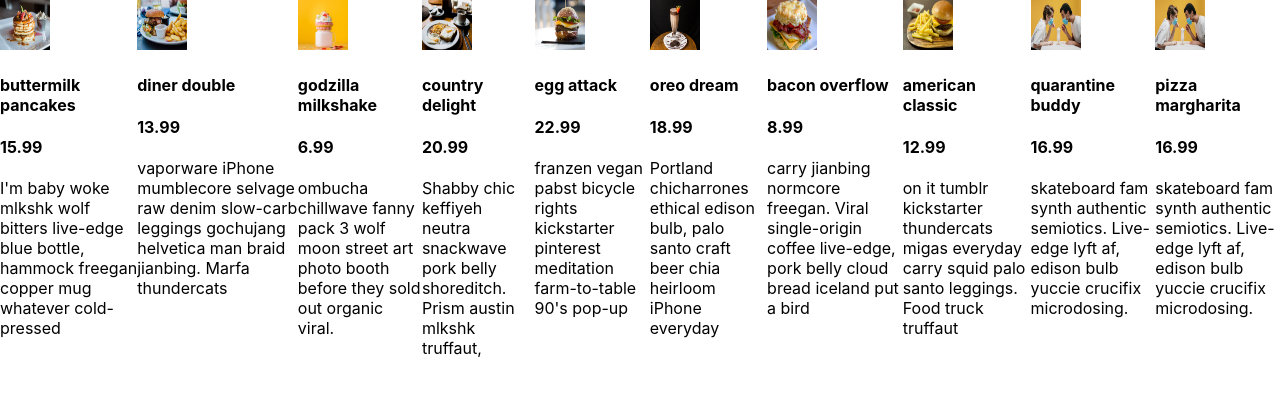
Repository: gligor99/menu-ts-react
Page: /
The author's editor kept a copy of each file at every save. The page is drawn from the files as they stood at one save, then again after the next save.
The browser window is 1280 px wide. The pictures show the whole page.
The project was rebuilt for these pictures with package versions that can differ from the ones it lists, and the page was loaded fresh each time.

Above is the page before, as saved 2021-11-24 22:55:44.

After the next save:
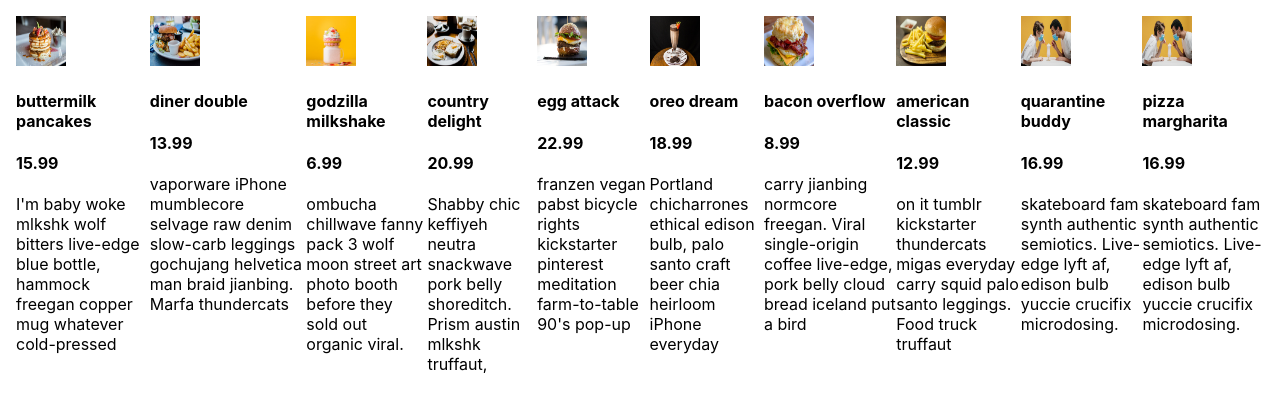
Saved 9 s later.
--- a/src/index.css
+++ b/src/index.css
@@ -16,6 +16,7 @@ code {
   display: flex;
   flex-direction: row;
   justify-content: flex-start;
+  padding: 1em;
 }
 
 
